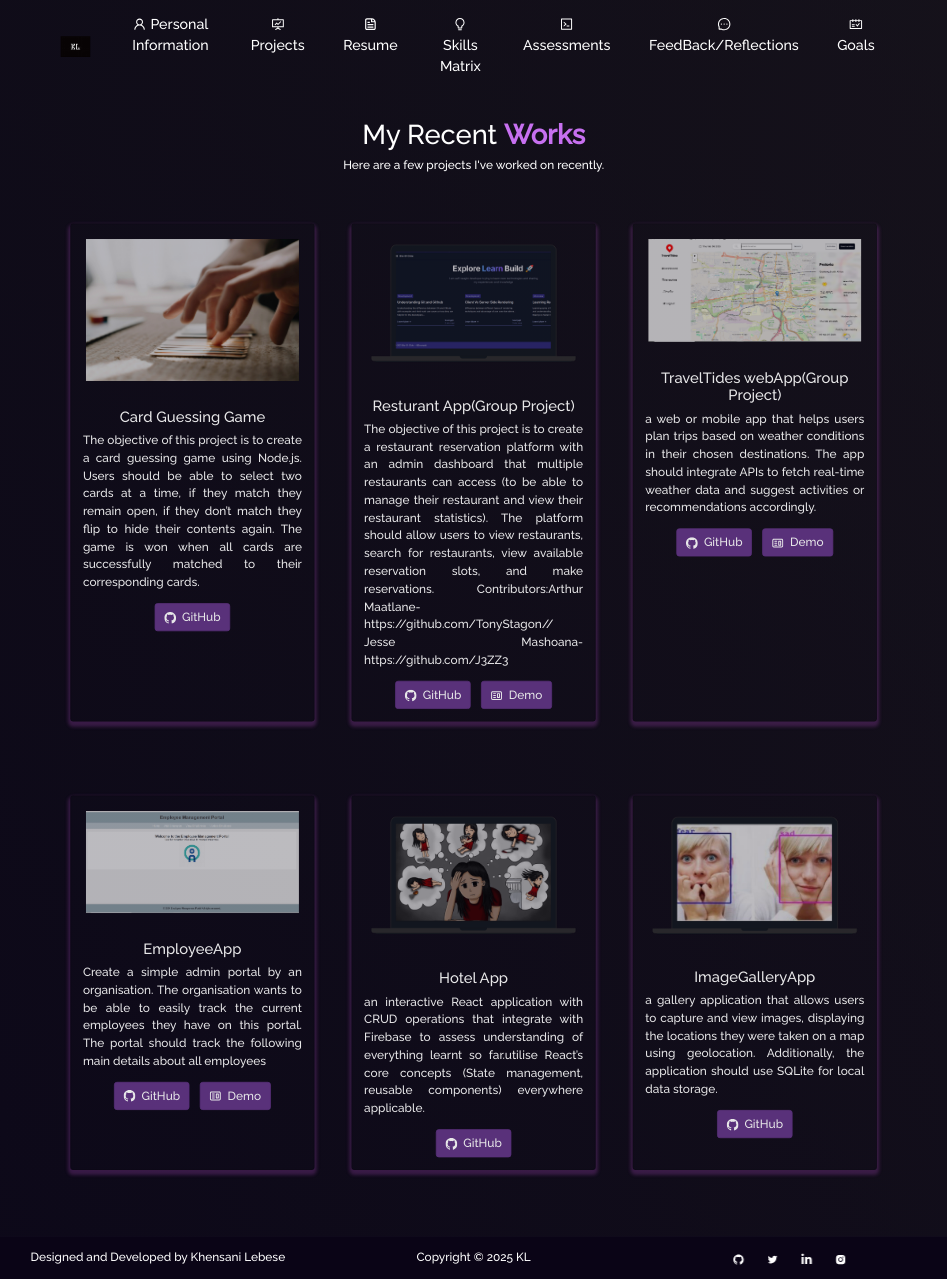
Repository: Khensani-Lebese/PortfolioCodeTribe
Page: /project
These files come from the project's save history. The page is drawn as it stood at one moment and after the next save; the edit follows.
The browser window is 1280 px wide. The pictures show the whole page, at 74% of full size.
The project was rebuilt for these pictures with package versions that can differ from the ones it lists, and the page was loaded fresh each time. Also part of the build but not shown: src/components/Home/Home2.js, src/components/Home/Type.js, src/components/Home/Home.js, src/components/About/Github.js, src/components/About/Techstack.js, src/components/About/AboutCard.js, src/components/About/Toolstack.js, src/components/About/About.js and 5 more. Imported but missing from the stored project, and not drawn on this page: src/Assets/Khensani Lebese Resume.pdf.

Above is the page before, as saved 2025-02-06 11:07:33.

### src/App.js
import React, { useState, useEffect } from "react";
import Preloader from "../src/components/Pre";
import Navbar from "./components/Navbar";
import Home from "./components/Home/Home";
import About from "./components/About/About";
import Projects from "./components/Projects/Projects";
import Footer from "./components/Footer";
import Resume from "./components/Resume/ResumeNew";
import Skills from "./components/SkillsMatrix";
import Assessment from "./components/Assessment";
import Feedback from "./components/Feedback";
import Goals from "./components/Goals";
import {
  BrowserRouter as Router,
  Route,
  Routes,
  Navigate,
} from "react-router-dom";
import ScrollToTop from "./components/ScrollToTop";
import "./style.css";
import "./App.css";
import "bootstrap/dist/css/bootstrap.min.css";

function App() {
  const [load, updateLoad] = useState(true);

  useEffect(() => {
    const timer = setTimeout(() => {
      updateLoad(false);
    }, 1200);

    return () => clearTimeout(timer);
  }, []);

  return (
    <Router>
      <Preloader load={load} />
      <div className="App" id={load ? "no-scroll" : "scroll"}>
        <Navbar />
        <ScrollToTop />
        <Routes>
          <Route path="/" element={<Home />} />
          <Route path="/project" element={<Projects />} />
          <Route path="/about" element={<About />} />
          <Route path="/resume" element={<Resume />} />
          <Route path="/skills" element={<Skills />} />
          <Route path="/assessments" element={<Assessment />} />
          <Route path="/feedback" element={<Feedback />} />
          <Route path="/goals" element={<Goals />} />
          <Route path="*" element={<Navigate to="/" />} />
        </Routes>
        <Footer />
      </div>
    </Router>
  );
}

export default App;

### src/components/Navbar.js
import React, { useState } from "react";
import Navbar from "react-bootstrap/Navbar";
import Nav from "react-bootstrap/Nav";
import Container from "react-bootstrap/Container";
import logo from "../Assets/logo.png";
import { Link } from "react-router-dom";

import {
  AiOutlineFundProjectionScreen,
  AiOutlineUser,
  AiOutlineBulb,
  AiOutlineCode,
  AiOutlineMessage,
  AiOutlineSchedule,
} from "react-icons/ai";

import { CgFileDocument } from "react-icons/cg";

function NavBar() {
  const [expand, updateExpanded] = useState(false);
  const [navColour, updateNavbar] = useState(false);

  function scrollHandler() {
    if (window.scrollY >= 20) {
      updateNavbar(true);
    } else {
      updateNavbar(false);
    }
  }

  window.addEventListener("scroll", scrollHandler);

  return (
    <Navbar
      expanded={expand}
      fixed="top"
      expand="md"
      className={navColour ? "sticky" : "navbar"}
    >
      <Container>
        <Navbar.Brand href="/" className="d-flex">
          <img src={logo} className="img-fluid logo" alt="brand" />
        </Navbar.Brand>
        <Navbar.Toggle
          aria-controls="responsive-navbar-nav"
          onClick={() => {
            updateExpanded(expand ? false : "expanded");
          }}
        >
          <span></span>
          <span></span>
          <span></span>
        </Navbar.Toggle>
        <Navbar.Collapse id="responsive-navbar-nav">
          <Nav className="ms-auto" defaultActiveKey="#home">
            <Nav.Item>
              <Nav.Link
                as={Link}
                to="/about"
                onClick={() => updateExpanded(false)}
              >
                <AiOutlineUser style={{ marginBottom: "2px" }} /> Personal
                Information
              </Nav.Link>
            </Nav.Item>

            <Nav.Item>
              <Nav.Link
                as={Link}
                to="/project"
                onClick={() => updateExpanded(false)}
              >
                <AiOutlineFundProjectionScreen
                  style={{ marginBottom: "2px" }}
                />{" "}
                Projects
              </Nav.Link>
            </Nav.Item>

            <Nav.Item>
              <Nav.Link
                as={Link}
                to="/resume"
                onClick={() => updateExpanded(false)}
              >
                <CgFileDocument style={{ marginBottom: "2px" }} /> Resume
              </Nav.Link>
            </Nav.Item>

            <Nav.Item>
              <Nav.Link
                as={Link}
                to="/skills"
                onClick={() => updateExpanded(false)}
              >
                <AiOutlineBulb style={{ marginBottom: "2px" }} /> Skills Matrix
              </Nav.Link>
            </Nav.Item>

            <Nav.Item>
              <Nav.Link
                as={Link}
                to="/assessments"
                onClick={() => updateExpanded(false)}
              >
                <AiOutlineCode style={{ marginBottom: "2px" }} />
                Assessments
              </Nav.Link>
            </Nav.Item>

            <Nav.Item>
              <Nav.Link
                as={Link}
                to="/feedback"
                onClick={() => updateExpanded(false)}
              >
                <AiOutlineMessage style={{ marginBottom: "2px" }} />
                FeedBack/Reflections
              </Nav.Link>
            </Nav.Item>

            <Nav.Item>
              <Nav.Link
                as={Link}
                to="/goals"
                onClick={() => updateExpanded(false)}
              >
                <AiOutlineSchedule style={{ marginBottom: "2px" }} />
                Goals
              </Nav.Link>
            </Nav.Item>
          </Nav>
        </Navbar.Collapse>
      </Container>
    </Navbar>
  );
}

export default NavBar;

### src/components/Projects/Projects.js
import React from "react";
import { Container, Row, Col } from "react-bootstrap";
import ProjectCard from "./ProjectCards";
import Particle from "../Particle";
import employee from "../../Assets/Projects/employee.jpg";
import emotion from "../../Assets/Projects/emotion.png";
import weatherActivity from "../../Assets/Projects/weatherActivity.png";
import card from "../../Assets/Projects/card-guessing.png";
import suicide from "../../Assets/Projects/suicide.png";
import bitsOfCode from "../../Assets/Projects/blog.png";

function Projects() {
  return (
    <Container fluid className="project-section">
      <Particle />
      <Container>
        <h1 className="project-heading">
          My Recent <strong className="purple">Works </strong>
        </h1>
        <p style={{ color: "white" }}>
          Here are a few projects I've worked on recently.
        </p>
        <Row style={{ justifyContent: "center", paddingBottom: "10px" }}>
          <Col md={4} className="project-card">
            <ProjectCard
              imgPath={card}
              isBlog={false}
              title="Card Guessing Game"
              description="The objective of this project is to create a card guessing game using Node.js.  Users should be able to select two cards at a time, if they match they remain open, if they don’t match they flip to hide their contents again. The game is won when all cards are successfully matched to their corresponding cards."
              ghLink="https://github.com/Khensani-Lebese/card-guessing-game.git"
            />
          </Col>

          <Col md={4} className="project-card">
            <ProjectCard
              imgPath={bitsOfCode}
              isBlog={false}
              title="Resturant App(Group Project)"
              description="The objective of this project is to create a restaurant reservation platform with an admin dashboard that multiple restaurants can access (to be able to manage their restaurant and view their restaurant statistics). The platform should allow users to view restaurants, search for restaurants, view available reservation slots, and make reservations.
              Contributors:Arthur Maatlane-https://github.com/TonyStagon//
                           Jesse Mashoana-https://github.com/J3ZZ3                       "
              ghLink="https://github.com/Khensani-Lebese/ResturantApplication.git"
              demoLink=" "
            />
          </Col>

          <Col md={4} className="project-card">
            <ProjectCard
              imgPath={weatherActivity}
              isBlog={false}
              title="TravelTides webApp(Group Project)"
              description="a web or mobile app that helps users plan trips based on weather conditions in their chosen destinations. The app should integrate APIs to fetch real-time weather data and suggest activities or recommendations accordingly."
              ghLink="https://github.com/Khensani-Lebese/weather-travel-planner-backend.git(Backend)"
              demoLink="https://weather-travel-planner-frontend.vercel.app/"
            />
          </Col>

          <Col md={4} className="project-card">
            <ProjectCard
              imgPath={employee}
              isBlog={false}
              title="EmployeeApp"
              description="Create a simple admin portal by an organisation. The organisation wants to be able to easily track the current employees they have on this portal. The portal should track the following main details about all employees"
              ghLink="https://github.com/Khensani-Lebese/EmployeeApp.git"
              demoLink=" "
            />
          </Col>

          <Col md={4} className="project-card">
            <ProjectCard
              imgPath={suicide}
              isBlog={false}
              title=" Hotel App"
              description="an interactive React application with CRUD operations that integrate with Firebase to assess understanding of everything learnt so far.utilise React’s core concepts (State management, reusable components) everywhere applicable."
              ghLink="https://github.com/Khensani-Lebese/HotelApp.git"
              demoLink=""
            />
          </Col>

          <Col md={4} className="project-card">
            <ProjectCard
              imgPath={emotion}
              isBlog={false}
              title="ImageGalleryApp"
              description=" a gallery application that allows users to capture and  view images, displaying  the locations they were taken on a map using geolocation. Additionally, the application should use SQLite for local data storage."
              ghLink="https://github.com/Khensani-Lebese/ImageGalleryApp.git"
              demoLink=""
            />
          </Col>
        </Row>
      </Container>
    </Container>
  );
}

export default Projects;

### src/components/Footer.js
import React from "react";
import { Container, Row, Col } from "react-bootstrap";
import {
  AiFillGithub,
  AiOutlineTwitter,
  AiFillInstagram,
} from "react-icons/ai";
import { FaLinkedinIn } from "react-icons/fa";

function Footer() {
  let date = new Date();
  let year = date.getFullYear();
  return (
    <Container fluid className="footer">
      <Row>
        <Col md="4" className="footer-copywright">
          <h3>Designed and Developed by Khensani Lebese</h3>
        </Col>
        <Col md="4" className="footer-copywright">
          <h3>Copyright © {year} KL</h3>
        </Col>
        <Col md="4" className="footer-body">
          <ul className="footer-icons">
            <li className="social-icons">
              <a
                href="https://github.com/Khensani-Lebese"
                style={{ color: "white" }}
                target="_blank"
                rel="noopener noreferrer"
              >
                <AiFillGithub />
              </a>
            </li>
            <li className="social-icons">
              <a
                href=" "
                style={{ color: "white" }}
                target="_blank"
                rel="noopener noreferrer"
              >
                <AiOutlineTwitter />
              </a>
            </li>
            <li className="social-icons">
              <a
                href="https://www.linkedin.com/in/khensani-lebese/"
                style={{ color: "white" }}
                target="_blank"
                rel="noopener noreferrer"
              >
                <FaLinkedinIn />
              </a>
            </li>
            <li className="social-icons">
              <a
                href=" "
                style={{ color: "white" }}
                target="_blank"
                rel="noopener noreferrer"
              >
                <AiFillInstagram />
              </a>
            </li>
          </ul>
        </Col>
      </Row>
    </Container>
  );
}

export default Footer;

### src/components/Particle.js
import React from "react";
import Particles from "react-tsparticles";

function Particle() {
  return (
    <Particles
      id="tsparticles"
      params={{
        particles: {
          number: {
            value: 160,
            density: {
              enable: true,
              value_area: 1500,
            },
          },
          line_linked: {
            enable: false,
            opacity: 0.03,
          },
          move: {
            direction: "right",
            speed: 0.05,
          },
          size: {
            value: 1,
          },
          opacity: {
            anim: {
              enable: true,
              speed: 1,
              opacity_min: 0.05,
            },
          },
        },
        interactivity: {
          events: {
            onclick: {
              enable: true,
              mode: "push",
            },
          },
          modes: {
            push: {
              particles_nb: 1,
            },
          },
        },
        retina_detect: true,
      }}
    />
  );
}

export default Particle;

### src/components/Projects/ProjectCards.js
import React from "react";
import Card from "react-bootstrap/Card";
import Button from "react-bootstrap/Button";
import { CgWebsite } from "react-icons/cg";
import { BsGithub } from "react-icons/bs";

function ProjectCards(props) {
  return (
    <Card className="project-card-view">
      <Card.Img variant="top" src={props.imgPath} alt="card-img" />
      <Card.Body>
        <Card.Title>{props.title}</Card.Title>
        <Card.Text style={{ textAlign: "justify" }}>
          {props.description}
        </Card.Text>
        <Button variant="primary" href={props.ghLink} target="_blank">
          <BsGithub /> &nbsp;
          {props.isBlog ? "Blog" : "GitHub"}
        </Button>
        {"\n"}
        {"\n"}

        {/* If the component contains Demo link and if it's not a Blog then, it will render the below component  */}

        {!props.isBlog && props.demoLink && (
          <Button
            variant="primary"
            href={props.demoLink}
            target="_blank"
            style={{ marginLeft: "10px" }}
          >
            <CgWebsite /> &nbsp;
            {"Demo"}
          </Button>
        )}
      </Card.Body>
    </Card>
  );
}
export default ProjectCards;

### src/components/SkillsMatrix.css
@import url("https://fonts.googleapis.com/css2?family=Raleway:wght@500&display=swap");

body {
  margin: 0;
  font-family: "Raleway", serif !important;
  -webkit-font-smoothing: antialiased;
  -moz-osx-font-smoothing: grayscale;
  background-image: linear-gradient(to left, rgb(27 20 41), rgb(20 15 35));
  color: white;
}

.skills-matrix-container {
  padding: 20px;
  max-width: 800px;
  margin: 50px auto;
  text-align: center;
}

h1 {
  margin-bottom: 20px;
  color: blueviolet;
}

.skills-table {
  width: 100%;
  border-collapse: collapse;
  background-color: rgba(255, 255, 255, 0.1);
  border-radius: 10px;
  overflow: hidden;
}

.skills-table th,
.skills-table td {
  padding: 15px;
  text-align: left;
  border-bottom: 1px solid rgba(255, 255, 255, 0.2);
}

.skills-table th {
  background-color: rgba(136, 14, 188, 0.2);
  font-weight: bold;
}

.skills-table tr:hover {
  background-color: rgba(255, 255, 255, 0.2);
}

.skills-table td {
  color: #ddd;
}

Loaded but not shown: public/index.html (common file); src/index.js (common file); src/index.css (common file); src/reportWebVitals.js (common file); src/components/Pre.js (common file); src/components/ScrollToTop.js (common file); src/style.css (common file); src/App.css (common file)

After the next save:
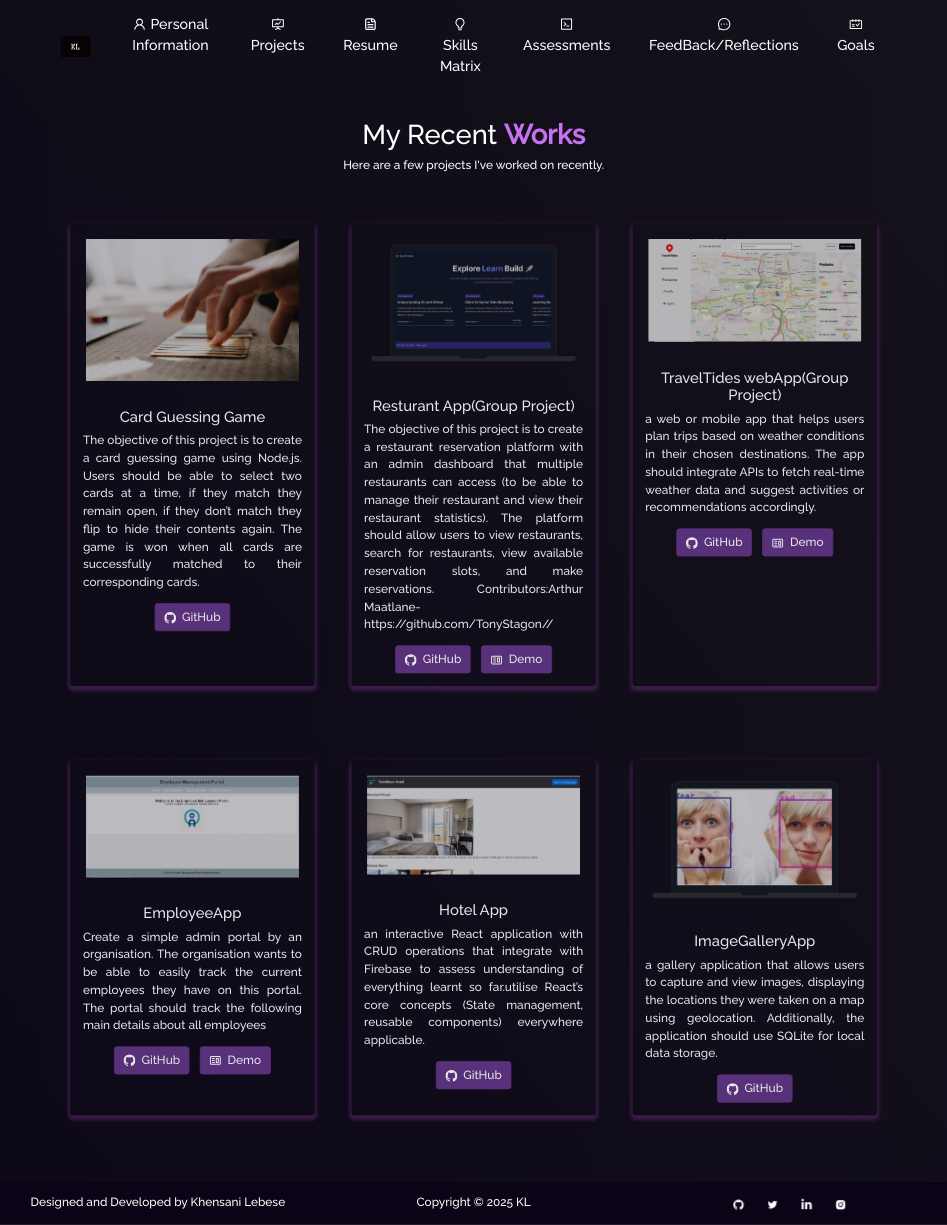
Saved 15 min 54 s later.
--- a/src/components/Projects/Projects.js
+++ b/src/components/Projects/Projects.js
@@ -6,7 +6,7 @@ import employee from "../../Assets/Projects/employee.jpg";
 import emotion from "../../Assets/Projects/emotion.png";
 import weatherActivity from "../../Assets/Projects/weatherActivity.png";
 import card from "../../Assets/Projects/card-guessing.png";
-import suicide from "../../Assets/Projects/suicide.png";
+import hotel from "../../Assets/Projects/hotel.png";
 import bitsOfCode from "../../Assets/Projects/blog.png";
 
 function Projects() {
@@ -37,8 +37,7 @@ function Projects() {
               isBlog={false}
               title="Resturant App(Group Project)"
               description="The objective of this project is to create a restaurant reservation platform with an admin dashboard that multiple restaurants can access (to be able to manage their restaurant and view their restaurant statistics). The platform should allow users to view restaurants, search for restaurants, view available reservation slots, and make reservations.
-              Contributors:Arthur Maatlane-https://github.com/TonyStagon//
-                           Jesse Mashoana-https://github.com/J3ZZ3                       "
+              Contributors:Arthur Maatlane-https://github.com/TonyStagon//"
               ghLink="https://github.com/Khensani-Lebese/ResturantApplication.git"
               demoLink=" "
             />
@@ -68,7 +67,7 @@ function Projects() {
 
           <Col md={4} className="project-card">
             <ProjectCard
-              imgPath={suicide}
+              imgPath={hotel}
               isBlog={false}
               title=" Hotel App"
               description="an interactive React application with CRUD operations that integrate with Firebase to assess understanding of everything learnt so far.utilise React’s core concepts (State management, reusable components) everywhere applicable."
